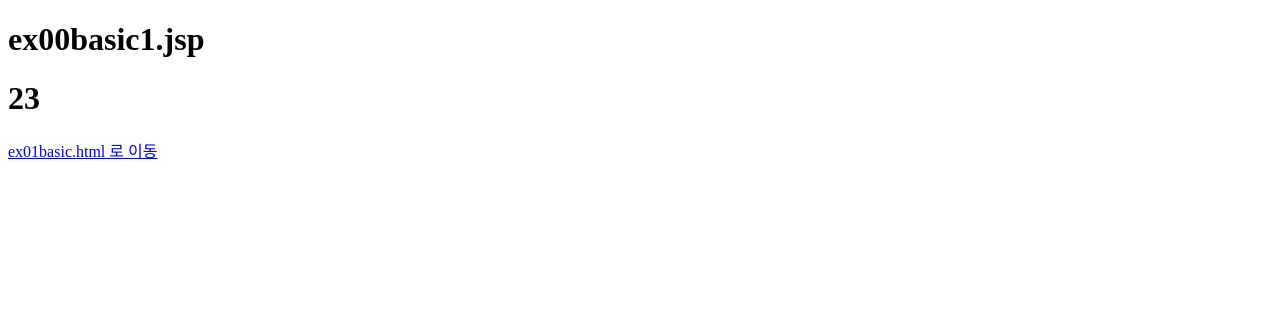
Repository: wonusuh/WonuSuhJspWorkspace
Page: http://localhost/basicJSP/ex00basic1.jsp
The author's editor kept a copy of each file at every save. The page is drawn from the files as they stood at one save, then again after a run of saves.
The browser window is 1280 px wide. The pictures show the whole page.
The page is served by Tomcat 9.

Above is the page before, as saved 2024-01-29 08:20:40.

After the next 2 saves:
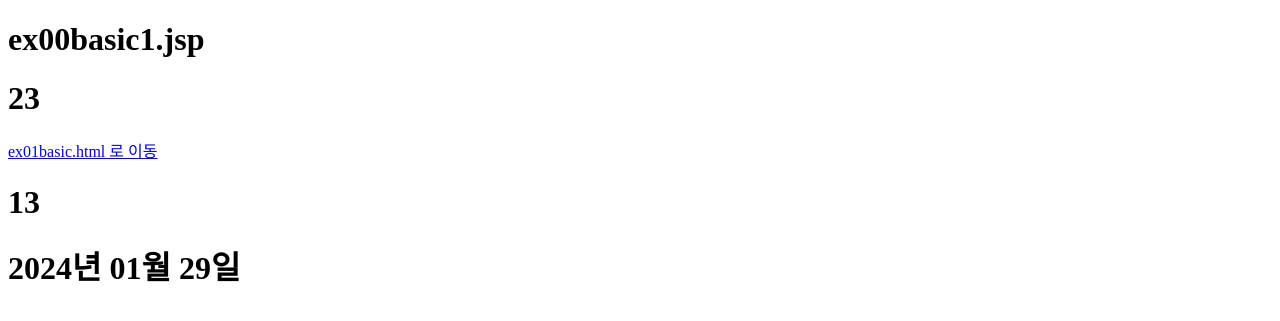
The 2 saves are shown as one change because they came seconds apart.
The last was saved 3 min 13 s later.
--- a/basicJSP/src/main/webapp/ex00basic1.jsp
+++ b/basicJSP/src/main/webapp/ex00basic1.jsp
@@ -20,5 +20,7 @@
 	System.out.println(today);
 	String now = today.format(DateTimeFormatter.ofPattern("yyyy년 MM월 dd일"));
 	%>
+	<h1><%=num%></h1>
+	<h1><%=now%></h1>
 </body>
 </html>
